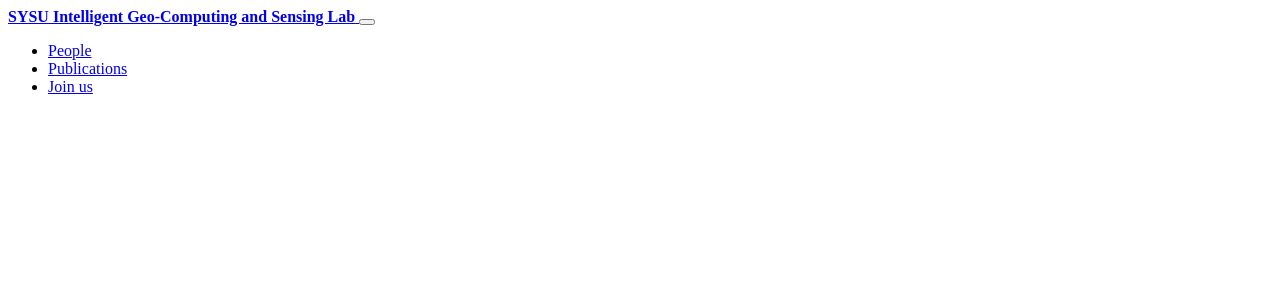
Repository: rssysu/rssysu.github.io
Page: header.html
An editor plug-in stored every save of this project. The page is shown before and after the next save, followed by the edit.
The browser window is 1280 px wide. The pictures show the whole page.

Above is the page before, as saved 2025-03-24 11:00:26.

After the next save:
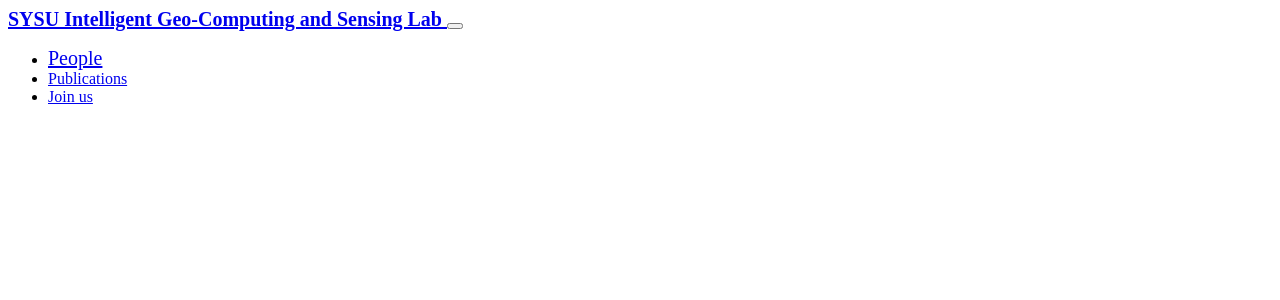
Saved 54 s later.
--- a/header.html
+++ b/header.html
@@ -3,7 +3,7 @@
         <!-- <div class="container"> -->
 
             <div class="navbar-translate">
-                <a class="navbar-brand" href="./index.html" style="font-weight: 400"><b>SYSU Intelligent Geo-Computing and Sensing Lab</b> </a>
+                <a class="navbar-brand" href="./index.html" style="font-weight: 400; font-size: 20px"><b>SYSU Intelligent Geo-Computing and Sensing Lab</b> </a>
                 <button class="navbar-toggler" type="button" data-toggle="collapse" aria-expanded="false" aria-label="Toggle navigation">
                     <span class="navbar-toggler-icon"></span>
                     <span class="navbar-toggler-icon"></span>
@@ -15,7 +15,7 @@
             <div class="collapse navbar-collapse">
                 <ul class="navbar-nav ml-auto">
                     <li class="nav-item">
-                        <a class="nav-link" href="people.html">
+                        <a class="nav-link" href="people.html" style="font-weight: 400; font-size: 20px">
                             People
                         </a>
                     </li>
